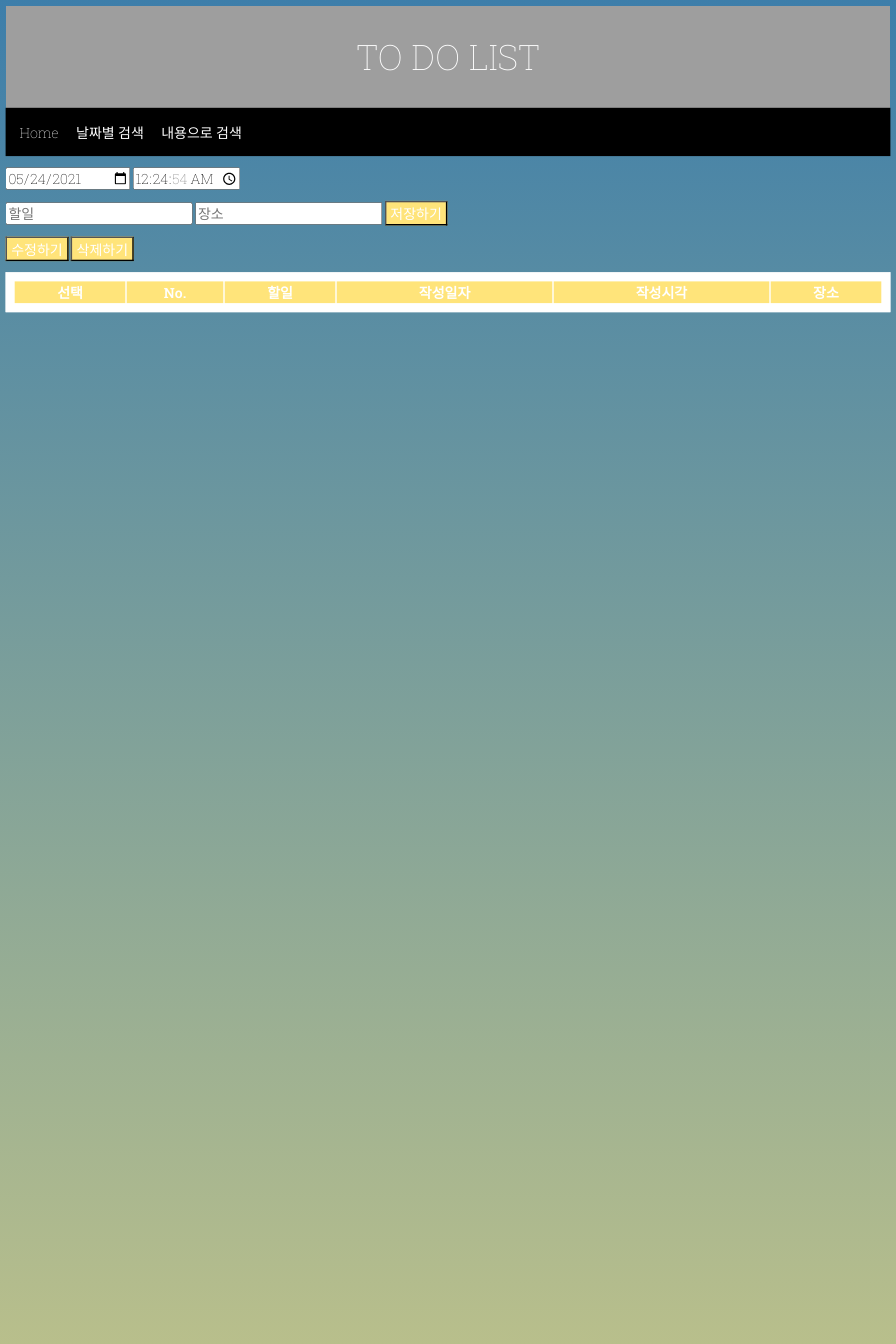
Repository: kimyoungjin98/Exam_Project
Page: http://localhost/Server_PR_TodoList/
An editor plug-in stored every save of this project. The page is shown before and after the next save, followed by the edit.
The browser window is 1280 px wide. The pictures show the part of the page from y = 0 to 1920 px (the page is 3017 px tall before and 3014 px after), at 70% of full size.
Pictures or frames that could not be fetched are drawn as grey boxes. Some web fonts or font styles are not loaded; a fallback is used. The page is served by Tomcat 9. Other server files are loaded and not shown. Queries for data that is not in the repository find no rows.

Above is the page before, as saved 2021-05-25 04:18:05.

### Server_PR_TodoList/src/main/webapp/WEB-INF/views/home.jsp
<%@ page language="java" contentType="text/html; charset=UTF-8"
    pageEncoding="UTF-8"%>
<%@ taglib uri="http://java.sun.com/jsp/jstl/core" prefix="c"%>
<c:set value="${pageContext.request.contextPath}" var="rootPath" />
<!DOCTYPE html>
<html>

<head>
<meta charset="UTF-8">
<title>어서오세요</title>
</head>
<script>
document.addEventListener("DOMContentLoaded",function(ev){

	document.querySelector("body")
	.addEventListener("click", function(ev){

		let tag = ev.target.tagName
		let content = ev.target.textContent


		if(tag == "TD"){

			let seq = ev.target.closest("TR").dataset.seq

			document.location.href="${rootPath}/todo/view?td_seq=" + seq

		}

		if(content == "수정하기"){

			alert("ㅎㅇ")

			if($("input:checkbox[name=is_check]:checked").length > 1){
				alert("수정하기는 1개만 선택하세요")

				return false;
			}

		}



	})

})


</script>
<style>

body {
	background:linear-gradient(to bottom, #3d7eaa, #ffe47a);
	background-repeat: repeat-x;
	padding-bottom:200%

}

@import url('https://fonts.googleapis.com/css2?family=Nanum+Myeongjo&family=Roboto+Slab:wght@100;600&display=swap');
* {
		font-family: 'Nanum Myeongjo', serif;
		font-family: 'Roboto Slab', serif;
	}

table {
	width:100%;
	text-align: center;
	margin:3px auto;
	font-size:20px;
	padding:10px;
	background-color: white;
	border:1px solid white;

}

table td{
	cursor:pointer;
	padding:5-%;


}

table td:hover{
	background-color: #ffe47a;
	opacity: 0.5;
}

table div{
	border:1px solid #ffe47a;

}

table th{
	background-color:#ffe47a;
	color:white;

}


</style>
<body>

	<%@ include file="/WEB-INF/views/banner.jsp" %>
	<p>
	<%@ include file="/WEB-INF/views/write.jsp" %>
	<p>

	<button type="submit">수정하기</button>
	<button type="submit">삭제하기</button>

		<table>
		<div>
		<th>선택</th>
		<th>No.</th>
		<th>할일</th>
		<th>작성일자</th>
		<th>작성시각</th>
		<th>장소</th>
		</div>

		<c:forEach items="${TDLIST}" var="TD" varStatus="index">
			<tr data-seq="${TD.td_seq}">

			<td><input type="checkbox" value="${TD.td_seq}" name="list">
				<td>${index.count}</td>
				<td>${TD.td_content}</td>
				<td>${TD.td_date}</td>
				<td>${TD.td_time}</td>
				<td>${TD.td_place}</td>
			</tr>

		</c:forEach>

	</table>

</body>
</html>

### Server_PR_TodoList/src/main/webapp/WEB-INF/views/banner.jsp
<%@ page language="java" contentType="text/html; charset=UTF-8"
    pageEncoding="UTF-8"%>
<%@ taglib uri="http://java.sun.com/jsp/jstl/core" prefix="c"%>
<c:set value="${pageContext.request.contextPath}" var="rootPath" />
<!DOCTYPE html>
<html>
<head>
<meta charset="UTF-8">
<title>Insert title here</title>
</head>
<script type="text/javascript">
document.addEventListener("DOMContentLoaded", function(){
	document.querySelector("nav").addEventListener("click",function(ev){

		let name = ev.target.textContent

		if(name == "Home"){

			document
			.location
			.href="${rootPath}"


		}


	})

})

</script>
<style>
@import url('https://fonts.googleapis.com/css2?family=Nanum+Myeongjo&family=Roboto+Slab:wght@100;600&display=swap');
* {
		font-family: 'Nanum Myeongjo', serif;
		font-family: 'Roboto Slab', serif;
	}

nav li:hover {

	cursor:pointer;

}

h1 {
	margin:auto;
	text-align: center;
	font-size:50px;
	background-image:url("https://mblogthumb-phinf.pstatic.net/20150905_10/unesco1128_1441440039203ranAH_GIF/9.gif?type=w2");
	background-size:cover;
	background-repeat:repeat-x;

	color:white;
	padding:40px;
	font-weight: lighter;

}

nav {

	background:black;

	color:white;

	font-size:20px;


}

nav ul{
	margin:0px;
	padding:10px;
}

nav li{
	display:inline-block;
	list-style:none;
	padding:10px;
	margin:0;
}


</style>
<body>
	<h1>TO DO LIST</h1>

	<nav>
	<ul>
	<li>Home</li>
	<li>날짜별 검색</li>
	<li >내용으로 검색</li>

	</ul>


	</nav>
</body>
</html>

### Server_PR_TodoList/src/main/webapp/WEB-INF/views/write.jsp
<%@ page language="java" contentType="text/html; charset=UTF-8"
    pageEncoding="UTF-8"%>
<%@ taglib uri="http://java.sun.com/jsp/jstl/core" prefix="c"%>
<c:set value="${pageContext.request.contextPath}" var="rootPath" />
<!DOCTYPE html>
<html>
<head>
<meta charset="UTF-8">
<title>Insert title here</title>
</head>
<script type="text/javascript">
document.addEventListener("DOMContentLoaded", function(ev){
	document.querySelector("button")
	.addEventListener("click",function(ev){

		let name = ev.target.className

		let td_date = document.querySelector("input[name='td_date']")
		let td_time = document.querySelector("input[name='td_time']")
		let td_content = document.querySelector("input[name='td_content']")
		let td_place = document.querySelector("input[name='td_place']")

		if(td_content.value == ""){

			alert("할일을 입력하세요 !")

			return false;
			}

			document.querySelector("form").submit();

	})

})

</script>
<style>




@import url('https://fonts.googleapis.com/css2?family=Nanum+Myeongjo&family=Roboto+Slab:wght@100;600&display=swap');
.jm-font {
		font-family: 'Nanum Myeongjo', serif;
	font-family: 'Roboto Slab', serif;
	}

	label{
		font-size:20px;
	}

	input{
		font-size:20px;
	}

	button{
		background-color: #ffe47a;
		color:white;
		font-size:20px;
		cursor:pointer;
	}





</style>
<body>



	<form method="POST" class="1">

	<input name="td_date" placeholder="작성일자" type="date" value="${TD.td_date}">
	<input name="td_time" placeholder="작성시각" type="time" value="${TD.td_time}"><p>
	<input name="td_content" placeholder="할일" value="${TD.td_content}"></input>
	<input name="td_place" placeholder="장소" value="${TD.td_place}">

		<button type="button">저장하기</button>
	</form>

</body>
</html>

### Server_PR_TodoList/src/main/java/com/callor/todo/controller/HomeController.java
package com.callor.todo.controller;

import java.io.IOException;
import java.text.SimpleDateFormat;
import java.util.Date;
import java.util.List;

import javax.servlet.ServletException;
import javax.servlet.annotation.WebServlet;
import javax.servlet.http.HttpServlet;
import javax.servlet.http.HttpServletRequest;
import javax.servlet.http.HttpServletResponse;

import com.callor.todo.model.TodoVO;
import com.callor.todo.service.TodoService;
import com.callor.todo.service.impl.TodoServiceImplV1;

@WebServlet("/")
public class HomeController extends HttpServlet{

	protected TodoService tdService;

	public HomeController() {

		tdService = new TodoServiceImplV1();

	}

	@Override
	protected void doGet(HttpServletRequest req, HttpServletResponse resp) throws ServletException, IOException {


		List<TodoVO> tdList = tdService.selectAll();

		req.setAttribute("TDLIST", tdList);

		SimpleDateFormat sDate = new SimpleDateFormat("yyyy-MM-dd");
		SimpleDateFormat sTime = new SimpleDateFormat("HH:mm:ss");
		Date date = new Date(System.currentTimeMillis());

		TodoVO tdVO = new TodoVO();

		tdVO.setTd_date(sDate.format(date));
		tdVO.setTd_time(sTime.format(date));

		req.setAttribute("TD", tdVO);

		ReqController.forward(resp, req, "home");

	}

	@Override
	protected void doPost(HttpServletRequest req, HttpServletResponse resp) throws ServletException, IOException {


		req.setCharacterEncoding("UTF-8");

		String td_date = req.getParameter("td_date");
		String td_content = req.getParameter("td_content");
		String td_time = req.getParameter("td_time");
		String td_place = req.getParameter("td_place");

		TodoVO tdVO = new TodoVO();

		tdVO.setTd_content(td_content);
		tdVO.setTd_date(td_date);
		tdVO.setTd_place(td_place);
		tdVO.setTd_time(td_time);

		tdService.insert(tdVO);

		System.out.println(tdVO.toString());

		resp.sendRedirect("/todo/");

	}

}

### Server_PR_TodoList/src/main/java/com/callor/todo/service/impl/TodoServiceImplV1.java
package com.callor.todo.service.impl;

import java.sql.Connection;
import java.sql.PreparedStatement;
import java.sql.ResultSet;
import java.sql.SQLException;
import java.util.ArrayList;
import java.util.List;

import com.callor.todo.config.DBConnect;
import com.callor.todo.model.TodoVO;
import com.callor.todo.service.TodoService;
import com.mysql.cj.x.protobuf.MysqlxPrepare.Prepare;

public class TodoServiceImplV1 implements TodoService {

	protected Connection dbConn;

	public TodoServiceImplV1() {

		dbConn = DBConnect.getDB();

	}

	protected List<TodoVO> select(PreparedStatement pStr) throws SQLException {

		List<TodoVO> tdList = new ArrayList<TodoVO>();
		ResultSet rSet = pStr.executeQuery();

		while (rSet.next()) {

			TodoVO tdVO = new TodoVO();

			tdVO.setTd_content(rSet.getString("td_content"));
			tdVO.setTd_date(rSet.getString("td_date"));
			tdVO.setTd_place(rSet.getString("td_place"));
			tdVO.setTd_time(rSet.getString("td_time"));
			tdVO.setTd_seq(rSet.getLong("td_seq"));
			tdList.add(tdVO);

		}

		return tdList;
	}

	@Override
	public List<TodoVO> selectAll() {
		// TODO Auto-generated method stub

		String sql = " SELECT * FROM tbl_todo ";

		PreparedStatement pStr = null;

		try {

			pStr = dbConn.prepareStatement(sql);
			List<TodoVO> tdList = this.select(pStr);


			return tdList;

		} catch (SQLException e) {
			// TODO Auto-generated catch block
			e.printStackTrace();
		}

		return null;
	}

	@Override
	public TodoVO findById(Long td_seq) {
		// TODO Auto-generated method stub

		String sql = " SELECT * FROM tbl_todo ";
		sql += " WHERE td_seq = ? ";

		PreparedStatement pStr = null;

		try {
			pStr = dbConn.prepareStatement(sql);
			pStr.setLong(1, td_seq);

			List<TodoVO> tdList = this.select(pStr);

			if(tdList != null && tdList.size() > 0) {

				return tdList.get(0);
			}

		} catch (SQLException e) {
			// TODO Auto-generated catch block
			e.printStackTrace();
		}

		return null;
	}

	@Override
	public Integer insert(TodoVO tdVO) {
		// TODO Auto-generated method stub

		String sql = " INSERT INTO tbl_todo ";
		sql += " (td_content, td_date, td_time, td_place) ";
		sql += " VALUES(?,?,?,?) ";

		PreparedStatement pStr = null;

		try {
			pStr = dbConn.prepareStatement(sql);
			pStr.setString(1, tdVO.getTd_content());
			pStr.setString(2, tdVO.getTd_date());
			pStr.setString(3, tdVO.getTd_time());
			pStr.setString(4, tdVO.getTd_place());

			return pStr.executeUpdate();



		} catch (SQLException e) {
			// TODO Auto-generated catch block
			e.printStackTrace();
		}

		return null;
	}

	@Override
	public Integer update(TodoVO tdVO) {
		// TODO Auto-generated method stub

		String sql = " UPDATE tbl_todo SET ";
		sql += " td_content = ?, ";
		sql += " td_date = ?, ";
		sql += " td_time = ?, ";
		sql += " td_place = ? ";
		sql += " WHERE td_seq = ? ";

		PreparedStatement pStr = null;

		try {
			pStr = dbConn.prepareStatement(sql);
			pStr.setString(1, tdVO.getTd_content());
			pStr.setString(2, tdVO.getTd_date());
			pStr.setString(3, tdVO.getTd_time());
			pStr.setString(4, tdVO.getTd_place());
			pStr.setLong(5, tdVO.getTd_seq());


			return pStr.executeUpdate();


		} catch (SQLException e) {
			// TODO Auto-generated catch block
			e.printStackTrace();
		}

		return null;
	}

	@Override
	public Integer delete(Long td_seq) {
		// TODO Auto-generated method stub

		String sql = " DELETE FROM tbl_todo ";
		sql += " WHERE td_seq = ? ";

		PreparedStatement pStr = null;

		try {
			pStr = dbConn.prepareStatement(sql);
			pStr.setLong(1, td_seq);

			return pStr.executeUpdate();
		} catch (SQLException e) {
			// TODO Auto-generated catch block
			e.printStackTrace();
		}



		return null;
	}

}

### Server_PR_TodoList/src/main/java/com/callor/todo/config/DBConnect.java
package com.callor.todo.config;

import java.sql.Connection;
import java.sql.DriverManager;
import java.sql.SQLException;

public class DBConnect {

	private static Connection dbConn;

	static {

		String driver = "com.mysql.cj.jdbc.Driver";
		String url = "jdbc:mysql://localhost:3306/todo";
		String user = "todoList";
		String pw = "1234";

		try {
			Class.forName(driver);

			if (dbConn == null) {
				dbConn = DriverManager.getConnection(url, user, pw);
			}

			System.out.println("DB 접속 성공");

		} catch (ClassNotFoundException e) {
			// TODO Auto-generated catch block
			e.printStackTrace();
		} catch (SQLException e) {
			// TODO Auto-generated catch block
			e.printStackTrace();
		}

	}

	public static Connection getDB() {

		return dbConn;
	}

}

### Server_PR_TodoList/src/main/java/com/callor/todo/model/TodoVO.java
package com.callor.todo.model;

import lombok.AllArgsConstructor;
import lombok.Getter;
import lombok.NoArgsConstructor;
import lombok.Setter;
import lombok.ToString;

@Getter
@Setter
@ToString
@AllArgsConstructor
@NoArgsConstructor
public class TodoVO {

	private Long td_seq;
	private String td_place;
	private String td_date;
	private String td_time;
	private String td_content;

}

### Server_PR_TodoList/src/main/java/com/callor/todo/controller/ReqController.java
package com.callor.todo.controller;

import java.io.IOException;

import javax.servlet.ServletException;
import javax.servlet.http.HttpServlet;
import javax.servlet.http.HttpServletRequest;
import javax.servlet.http.HttpServletResponse;

public class ReqController extends HttpServlet{

	public static void forward(HttpServletResponse res, HttpServletRequest req, String file) throws ServletException, IOException {

		String root = "/WEB-INF/views/" + file + ".jsp";

		req.getRequestDispatcher(root).forward(req, res);

	}

}

After the next save:
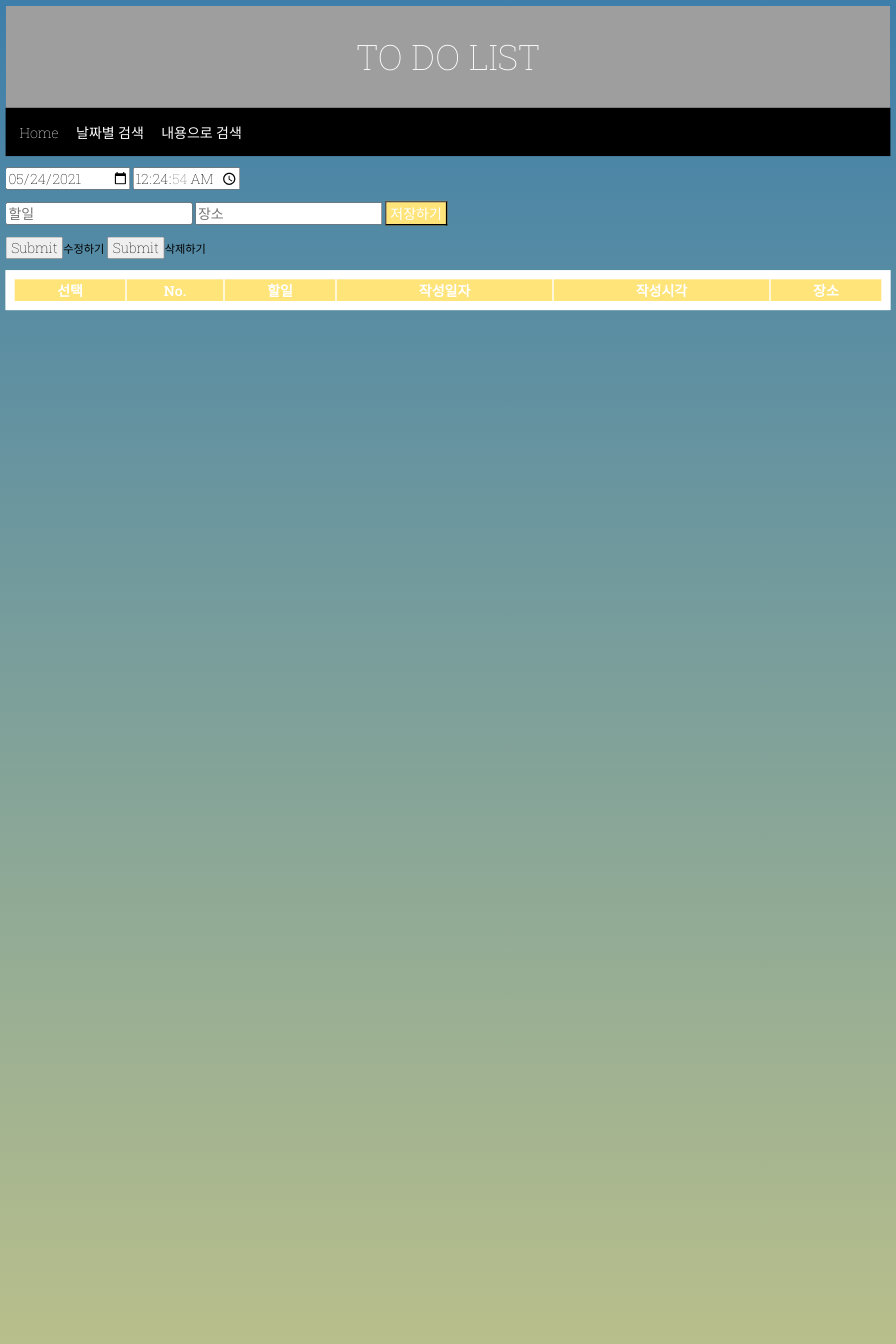
Saved 6 min 18 s later.
--- a/Server_PR_TodoList/src/main/webapp/WEB-INF/views/home.jsp
+++ b/Server_PR_TodoList/src/main/webapp/WEB-INF/views/home.jsp
@@ -105,8 +105,8 @@ table th{
 	<%@ include file="/WEB-INF/views/write.jsp" %>
 	<p>
 
-	<button type="submit">수정하기</button>
-	<button type="submit">삭제하기</button>
+	<input type="submit">수정하기</input>
+	<input type="submit">삭제하기</input>
 
 		<table>
 		<div>
